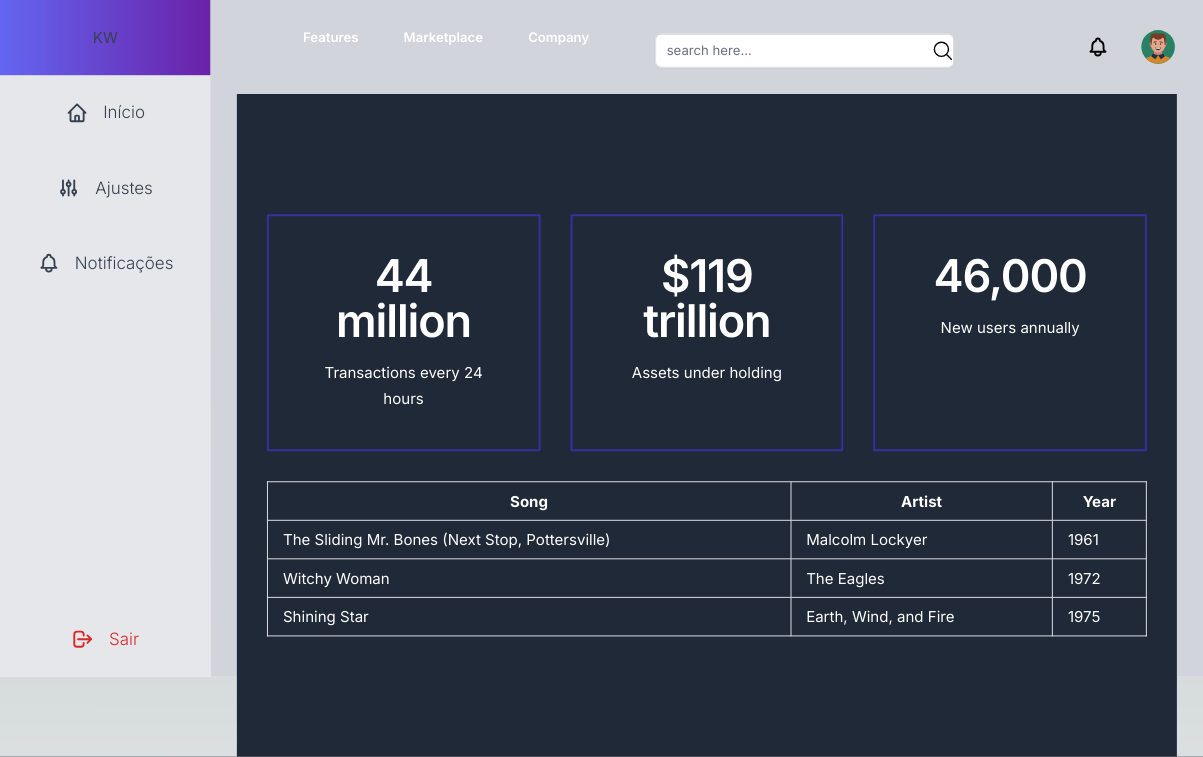
Repository: KennedyWanderson/AdminDashboard
Page: / (app in Code/admindashboard/)
These files come from the project's save history. The page is drawn as it stood at one moment and after a run of saves; the edit follows.
The browser window is 1280 px wide. The pictures show the whole page, at 94% of full size.
The project was rebuilt for these pictures with package versions that can differ from the ones it lists, and the page was loaded fresh each time. The framework's server and built-in components were replaced by stand-ins that run in the browser. Also part of the build but not shown: Code/admindashboard/next.config.mjs.

Above is the page before, as saved 2024-06-23 15:54:48.

### Code/admindashboard/src/app/layout.js
import { Inter } from "next/font/google";
import "./globals.css";

const inter = Inter({ subsets: ["latin"] });

export const metadata = {
  title: "Admin Dashboard",
  description: "Generated by Kennedy Wanderson",
};

export default function RootLayout({ children }) {
  return (
    <html lang="en">
      <body className={inter.className}>{children}</body>
    </html>
  );
}

### Code/admindashboard/src/app/page.js
import Layout from "@/components/Layout";

export default function Home() {
  return (
    <Layout>
      Content
    </Layout>
  )
}

### Code/admindashboard/src/components/Layout.jsx
"use client";

import { useState } from "react";
import Content from "./Content";
import Header from "./Header";
import LateralMenu from "./LateralMenu";
import HomePage from "./Home";


export default function Layout() {
    const [activeComponent, setActiveComponent] = useState("HomePage");

    const renderActiveComponent = () => {
        switch (activeComponent) {
            case "HomePage":
                return <HomePage />;
            default:
                return <HomePage />;
        }
    };

    return (
        <div className={`flex h-screen w-screen`}>
            <LateralMenu setActiveComponent={setActiveComponent} />
            <div className={`
                flex flex-col w-full p-7
                bg-gray-300 dark:bg-gray-800
            `}>
                <Header />
                <Content>
                    {renderActiveComponent()}
                </Content>
            </div>
        </div>
    );
}

### Code/admindashboard/src/components/Content.jsx
export default function Content({ children }) {
    return (
        <div className={`
            flex flex-col mt-7
            dark:text-gray-200
        `}>
            {children}
        </div>
    );
}

### Code/admindashboard/src/components/Header.jsx
import AvatarUsuario from "./UserAvatar";
import { IconeSearch, IconeSino } from "./icons";

export default function Header({ titulo, subtitulo }) {


    return (
        <div className={`flex`}>
            <div>
                <h1 className={`
                font-black text-3xl
                text-gray-900 dark:text-gray-100
            `}>
                    {titulo}
                </h1>
                <h2 className={`
                font-light text-sm
                dark:text-gray-300
            `}>
                    {subtitulo}
                </h2>
            </div>
            <header className="flex flex-grow justify-center text-white">
                <nav className=" justify-center" aria-label="Global">

                    <div className="hidden lg:flex lg:gap-x-12">

                        <a href="#" className="text-sm font-semibold leading-6 text-white">Features</a>
                        <a href="#" className="text-sm font-semibold leading-6 text-white">Marketplace</a>
                        <a href="#" className="text-sm font-semibold leading-6 text-white">Company</a>
                    </div>


                </nav>

            </header>
            <div>
                <div className="relative mt-2 rounded-md shadow-sm">
                    <div className="pointer-events-none absolute inset-y-0 left-0 flex items-center pl-3">
                        <span className="text-gray-500 sm:text-sm">search here...</span>
                    </div>
                    <input type="text" name="search" id="search" className="block w-full rounded-md border-0 py-1.5 pl-7 pr-20 text-gray-900 ring-1 ring-inset ring-gray-300 placeholder:text-gray-400 focus:ring-2 focus:ring-inset focus:ring-indigo-600 sm:text-sm sm:leading-6" />
                    <div className="absolute inset-y-0 right-0 flex items-center">
                        {IconeSearch}
                    </div>
                </div>
            </div>

            <div className={`flex flex-grow justify-end items-center gap-8`}>

                {IconeSino}
                <AvatarUsuario />
            </div>
        </div>
    )
}

### Code/admindashboard/src/components/LateralMenu.jsx
"use client";

import MenuItem from "./ItemMenu";
import { IconeAjustes, IconeCasa, IconeSair, IconeSino } from "./icons";

export default function LateralMenu({ setActiveComponent }) {
    return (
        <aside className={`
            flex flex-col items-center
            bg-gray-200 text-gray-700
            dark:bg-gray-900
        `}>
            <div className={`
                flex flex-col items-center justify-center
                bg-gradient-to-r from-indigo-500 to-purple-800
                h-20 w-56
            `}>
                KW
            </div>
            <ul className="flex-grow">
                <MenuItem
                    texto="Início"
                    icone={IconeCasa}
                    onClick={() => setActiveComponent('HomePage')}
                />
                <MenuItem
                    texto="Ajustes"
                    icone={IconeAjustes}
                    onClick={() => setActiveComponent('Ajustes')}
                />
                <MenuItem
                    texto="Notificações"
                    icone={IconeSino}
                    onClick={() => setActiveComponent('Notificacoes')}
                />
            </ul>
            <ul>
                <MenuItem
                    texto="Sair"
                    icone={IconeSair}
                    className={`
                        text-red-600 dark:text-red-400
                        hover:bg-red-400 hover:text-white
                        dark:hover:text-white
                    `}
                />
            </ul>
        </aside>
    );
}

### Code/admindashboard/src/components/Home.jsx
export default function HomePage() {
    return (
        <div className="py-24 sm:py-32 bg-gray-800">
            <div className="mx-auto max-w-7xl px-6 lg:px-8">
                <dl className="grid grid-cols-1 gap-x-8 gap-y-16 text-center lg:grid-cols-3">
                    <div className="mx-auto flex max-w-xs flex-col w-full border-2 p-10 border-indigo-800 gap-y-4">
                        <dt className="text-base leading-7 text-white">Transactions every 24 hours</dt>
                        <dd className="order-first text-3xl font-semibold tracking-tight text-white sm:text-5xl">44 million</dd>
                    </div>
                    <div className="mx-auto flex max-w-xs flex-col w-full border-2 p-10 border-indigo-800 gap-y-4">
                        <dt className="text-base leading-7 text-white">Assets under holding</dt>
                        <dd className="order-first text-3xl font-semibold tracking-tight text-white sm:text-5xl">$119 trillion</dd>
                    </div>
                    <div className="mx-auto flex max-w-xs flex-col w-full border-2 p-10 border-indigo-800 gap-y-4">
                        <dt className="text-base leading-7 text-white">New users annually</dt>
                        <dd className="order-first text-3xl font-semibold tracking-tight text-white sm:text-5xl">46,000</dd>
                    </div>
                </dl>

                <table className="table-auto w-full mt-8 text-white">
                    <thead>
                        <tr className="">
                            <th className="px-4 py-2 border">Song</th>
                            <th className="px-4 py-2 border">Artist</th>
                            <th className="px-4 py-2 border">Year</th>
                        </tr>
                    </thead>
                    <tbody>
                        <tr className="">
                            <td className="px-4 py-2 border">The Sliding Mr. Bones (Next Stop, Pottersville)</td>
                            <td className="px-4 py-2 border">Malcolm Lockyer</td>
                            <td className="px-4 py-2 border">1961</td>
                        </tr>
                        <tr className="">
                            <td className="px-4 py-2 border">Witchy Woman</td>
                            <td className="px-4 py-2 border">The Eagles</td>
                            <td className="px-4 py-2 border">1972</td>
                        </tr>
                        <tr className="">
                            <td className="px-4 py-2 border">Shining Star</td>
                            <td className="px-4 py-2 border">Earth, Wind, and Fire</td>
                            <td className="px-4 py-2 border">1975</td>
                        </tr>

                    </tbody>
                </table>
            </div>
        </div>
    )
}

### Code/admindashboard/src/components/UserAvatar.jsx


export default function AvatarUsuario({className}) {
    return (
            <img
                src={'/images/avatar.svg'}
                alt="Avatar do Usuário"
                className={`
                    h-10 w-10 rounded-full cursor-pointer
                    ${className}
                `}
            />

    )
}

### Code/admindashboard/src/components/icons/index.jsx
// Pra mais icones acessar... https://heroicons.com/

export const IconeSearch = (
    <svg xmlns="http://www.w3.org/2000/svg" fill="none" viewBox="0 0 24 24" strokeWidth={1.5} stroke="currentColor" className="size-6">
  <path strokeLinecap="round" strokeLinejoin="round" d="m21 21-5.197-5.197m0 0A7.5 7.5 0 1 0 5.196 5.196a7.5 7.5 0 0 0 10.607 10.607Z" />
</svg>


)

export const IconeCasa = (
    <svg xmlns="http://www.w3.org/2000/svg" className="h-6 w-6" fill="none" viewBox="0 0 24 24" stroke="currentColor">
        <path strokeLinecap="round" strokeLinejoin="round" strokeWidth={2} d="M3 12l2-2m0 0l7-7 7 7M5 10v10a1 1 0 001 1h3m10-11l2 2m-2-2v10a1 1 0 01-1 1h-3m-6 0a1 1 0 001-1v-4a1 1 0 011-1h2a1 1 0 011 1v4a1 1 0 001 1m-6 0h6" />
    </svg>
)

export const IconeAjustes = (
    <svg xmlns="http://www.w3.org/2000/svg" className="h-6 w-6" fill="none" viewBox="0 0 24 24" stroke="currentColor">
        <path strokeLinecap="round" strokeLinejoin="round" strokeWidth={2} d="M12 6V4m0 2a2 2 0 100 4m0-4a2 2 0 110 4m-6 8a2 2 0 100-4m0 4a2 2 0 110-4m0 4v2m0-6V4m6 6v10m6-2a2 2 0 100-4m0 4a2 2 0 110-4m0 4v2m0-6V4" />
    </svg>
)

export const IconeSino = (
    <svg xmlns="http://www.w3.org/2000/svg" className="h-6 w-6" fill="none" viewBox="0 0 24 24" stroke="currentColor">
        <path strokeLinecap="round" strokeLinejoin="round" strokeWidth={2} d="M15 17h5l-1.405-1.405A2.032 2.032 0 0118 14.158V11a6.002 6.002 0 00-4-5.659V5a2 2 0 10-4 0v.341C7.67 6.165 6 8.388 6 11v3.159c0 .538-.214 1.055-.595 1.436L4 17h5m6 0v1a3 3 0 11-6 0v-1m6 0H9" />
    </svg>
)

export const IconeSair = (
    <svg xmlns="http://www.w3.org/2000/svg" className="h-6 w-6" fill="none" viewBox="0 0 24 24" stroke="currentColor">
        <path strokeLinecap="round" strokeLinejoin="round" strokeWidth={2} d="M17 16l4-4m0 0l-4-4m4 4H7m6 4v1a3 3 0 01-3 3H6a3 3 0 01-3-3V7a3 3 0 013-3h4a3 3 0 013 3v1" />
    </svg>
)

export const IconeSol = (tamanho = 6) => (
    <svg xmlns="http://www.w3.org/2000/svg" className={`h-${tamanho} w-${tamanho}`} fill="none" viewBox="0 0 24 24" stroke="currentColor">
        <path strokeLinecap="round" strokeLinejoin="round" strokeWidth={2} d="M12 3v1m0 16v1m9-9h-1M4 12H3m15.364 6.364l-.707-.707M6.343 6.343l-.707-.707m12.728 0l-.707.707M6.343 17.657l-.707.707M16 12a4 4 0 11-8 0 4 4 0 018 0z" />
    </svg>
)

export const IconeLua = (tamanho = 6) => (
    <svg xmlns="http://www.w3.org/2000/svg" className={`h-${tamanho} w-${tamanho}`} fill="none" viewBox="0 0 24 24" stroke="currentColor">
        <path strokeLinecap="round" strokeLinejoin="round" strokeWidth={2} d="M20.354 15.354A9 9 0 018.646 3.646 9.003 9.003 0 0012 21a9.003 9.003 0 008.354-5.646z" />
    </svg>
)

export const IconeAtencao = (tamanho = 1) => (
    <svg xmlns="http://www.w3.org/2000/svg" className={`h-${tamanho} w-${tamanho}`} fill="none" viewBox="0 0 24 24" stroke="currentColor">
        <path strokeLinecap="round" strokeLinejoin="round" strokeWidth={2} d="M12 9v2m0 4h.01m-6.938 4h13.856c1.54 0 2.502-1.667 1.732-3L13.732 4c-.77-1.333-2.694-1.333-3.464 0L3.34 16c-.77 1.333.192 3 1.732 3z" />
    </svg>
)

### Code/admindashboard/src/components/ItemMenu.jsx

export default function MenuItem({ texto, icone, url, className, onClick }) {
    function renderizarLink() {
        return (
            <div className={`
                flex justify-center items-center
                h-20 w-56 gap-4
                dark:text-gray-200
                ${className}
            `}>
                {icone}
                <span className="text-lg font-light">
                    {texto}
                </span>
            </div>
        );
    }

    return (
        <li
            onClick={onClick}
            className={`
                hover:bg-gray-100 dark:hover:bg-gray-800
                cursor-pointer
            `}
        >
            {url ? (
                <a href={url}>
                    {renderizarLink()}
                </a>
            ) : (
                renderizarLink()
            )}
        </li>
    );
}

Loaded but not shown: Code/admindashboard/src/app/globals.css (common file); Code/admindashboard/tailwind.config.js (common file)

After the next 2 saves:
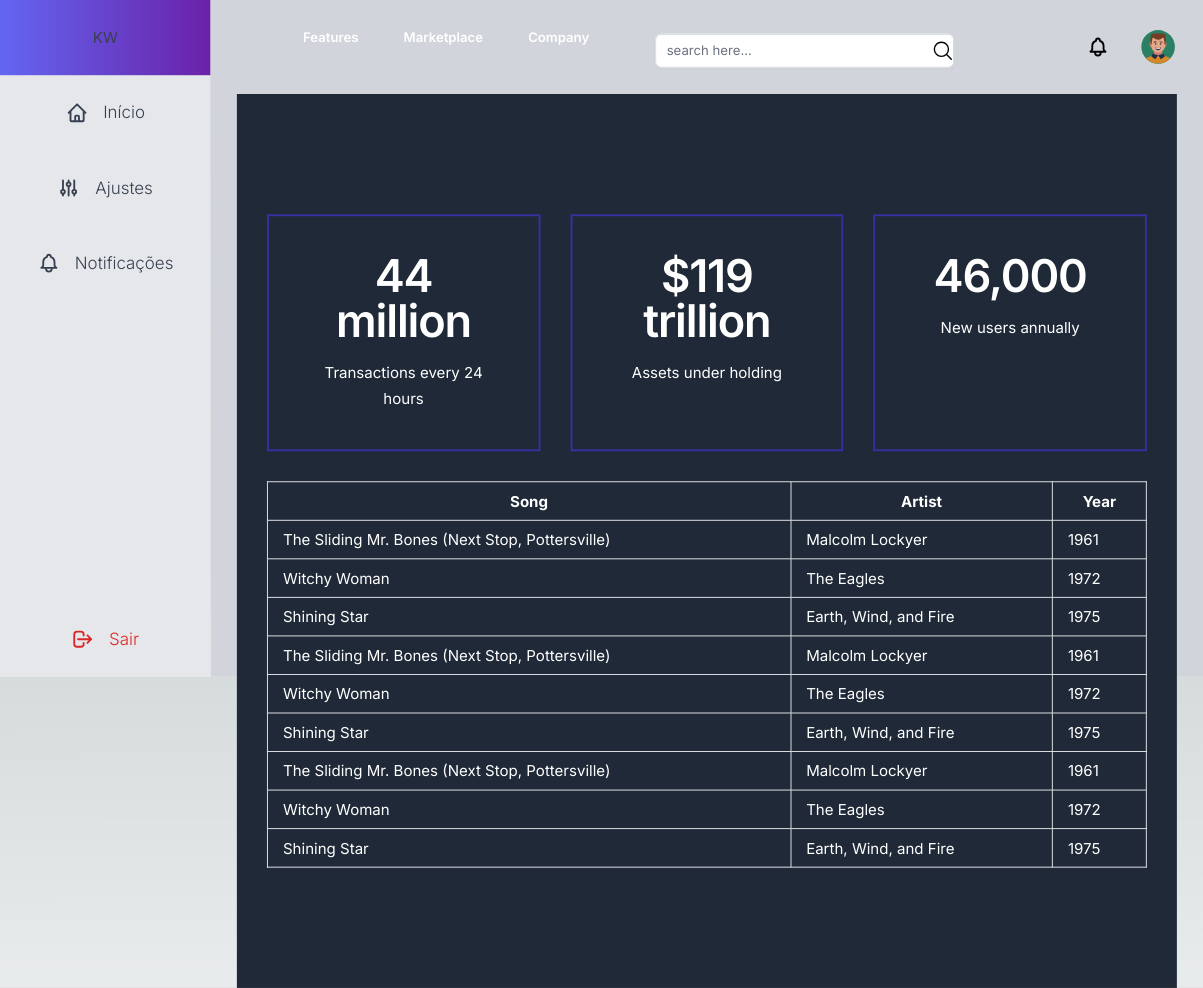
The 2 saves are shown as one change because they came seconds apart.
The last was saved 11 s later.
--- a/Code/admindashboard/src/components/Home.jsx
+++ b/Code/admindashboard/src/components/Home.jsx
@@ -41,7 +41,36 @@ export default function HomePage() {
                             <td className="px-4 py-2 border">Earth, Wind, and Fire</td>
                             <td className="px-4 py-2 border">1975</td>
                         </tr>
-
+                        <tr className="">
+                            <td className="px-4 py-2 border">The Sliding Mr. Bones (Next Stop, Pottersville)</td>
+                            <td className="px-4 py-2 border">Malcolm Lockyer</td>
+                            <td className="px-4 py-2 border">1961</td>
+                        </tr>
+                        <tr className="">
+                            <td className="px-4 py-2 border">Witchy Woman</td>
+                            <td className="px-4 py-2 border">The Eagles</td>
+                            <td className="px-4 py-2 border">1972</td>
+                        </tr>
+                        <tr className="">
+                            <td className="px-4 py-2 border">Shining Star</td>
+                            <td className="px-4 py-2 border">Earth, Wind, and Fire</td>
+                            <td className="px-4 py-2 border">1975</td>
+                        </tr>
+                        <tr className="">
+                            <td className="px-4 py-2 border">The Sliding Mr. Bones (Next Stop, Pottersville)</td>
+                            <td className="px-4 py-2 border">Malcolm Lockyer</td>
+                            <td className="px-4 py-2 border">1961</td>
+                        </tr>
+                        <tr className="">
+                            <td className="px-4 py-2 border">Witchy Woman</td>
+                            <td className="px-4 py-2 border">The Eagles</td>
+                            <td className="px-4 py-2 border">1972</td>
+                        </tr>
+                        <tr className="">
+                            <td className="px-4 py-2 border">Shining Star</td>
+                            <td className="px-4 py-2 border">Earth, Wind, and Fire</td>
+                            <td className="px-4 py-2 border">1975</td>
+                        </tr>
                     </tbody>
                 </table>
             </div>
